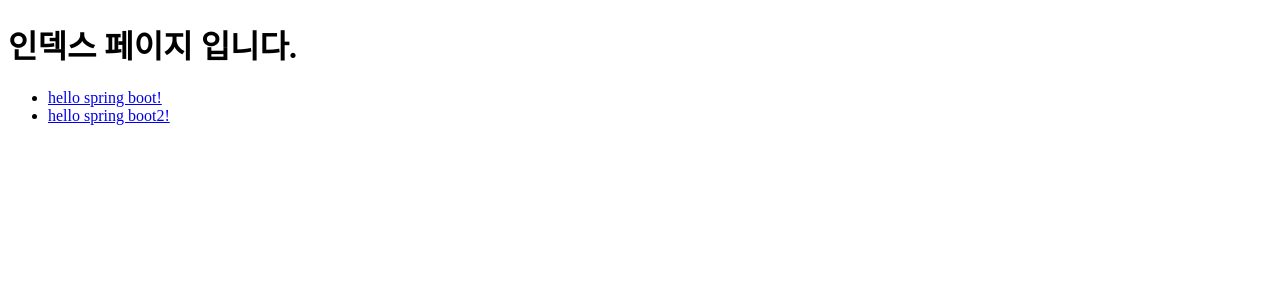
Repository: Saeunnnnni/acornClass_spring
Page: Boot03_Controller/src/main/resources/static/index.html
An editor plug-in stored every save of this project. The page is shown before and after the next save, followed by the edit.
The browser window is 1280 px wide. The pictures show the whole page.

Above is the page before, as saved 2023-07-11 03:37:41.

After the next save:
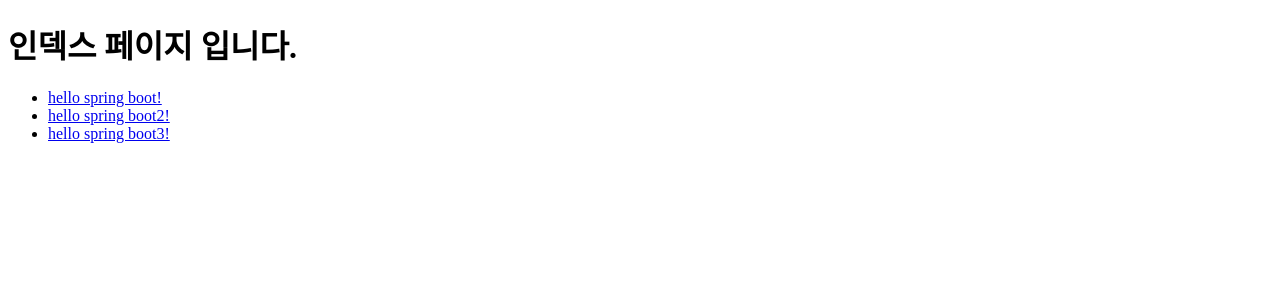
Saved 90 s later.
--- a/Boot03_Controller/src/main/resources/static/index.html
+++ b/Boot03_Controller/src/main/resources/static/index.html
@@ -10,6 +10,7 @@
 	<ul>
 		<li><a href="hello">hello spring boot!</a></li>
 		<li><a href="hello2">hello spring boot2!</a></li>
+		<li><a href="hello3">hello spring boot3!</a></li>
 	</ul>
 </body>
 </html>
